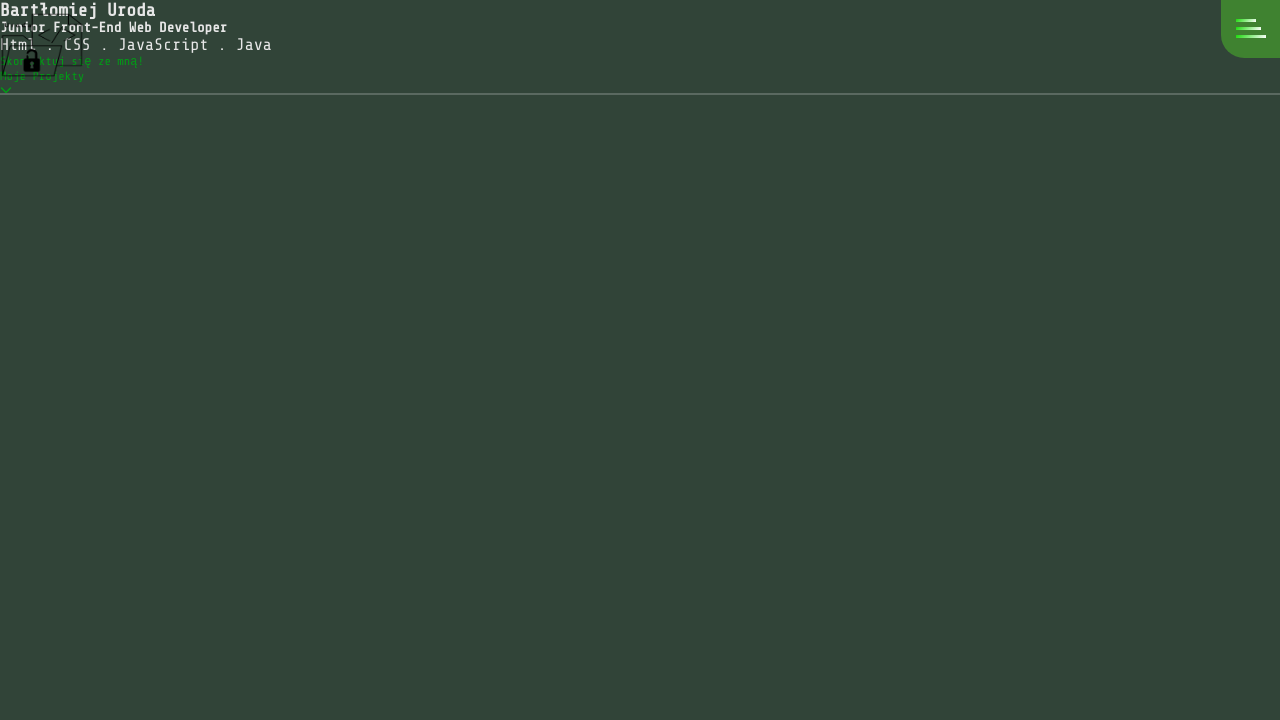
Repository: BartekUroda/portfolio
Page: index.html
The author's editor kept a copy of each file at every save. The page is drawn from the files as they stood at one save, then again after the next save.
The browser window is 1280 px wide. The pictures show the whole page.
Some web libraries are served in a nearby version.

Above is the page before, as saved 2020-10-26 23:50:28.

After the next save:
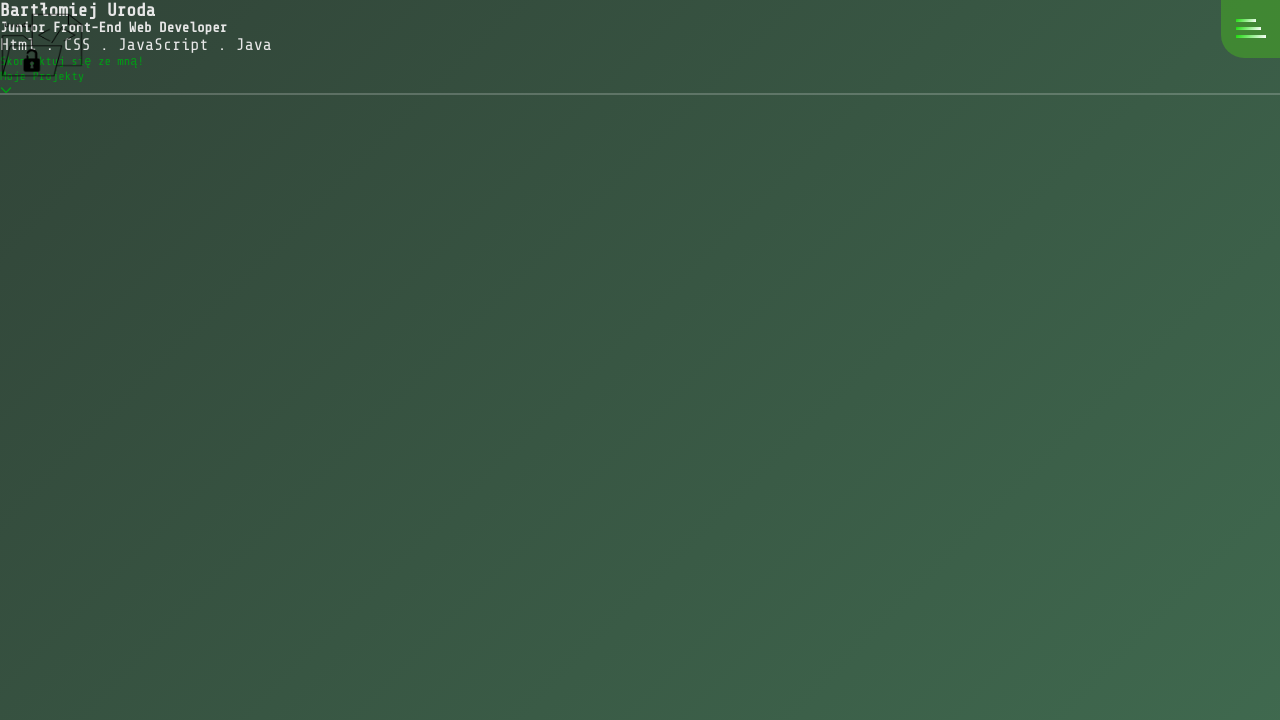
Saved 2 min 27 s later.
--- a/css/style.css
+++ b/css/style.css
@@ -171,9 +171,9 @@ nav {
     width: 100%;
     height: 100vh;
     background: linear-gradient(
-        135deg
+        135deg,
         rgb(49, 68, 56, 0.9) 0%,
-        rgba(17, 0, 255, 0.8) 100%
+        rgba(67, 114, 84, 0.8) 100%
     ),
-    url()
+    url('')
 }
